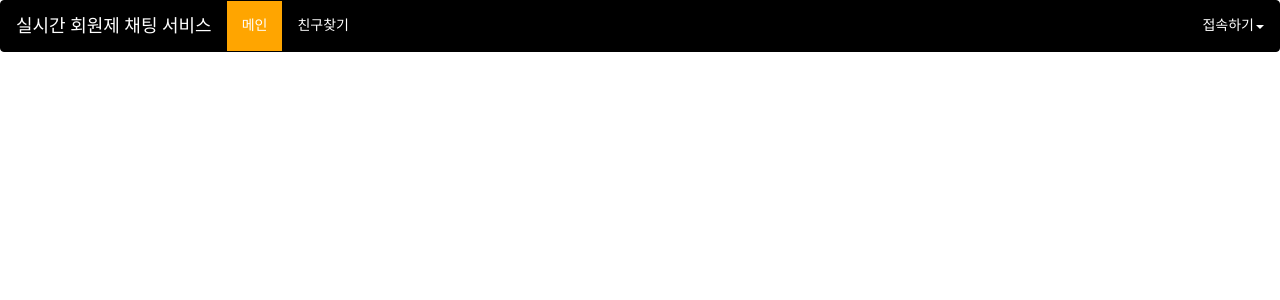
Repository: kkoseunghyun/javaAjaxChat
Page: http://localhost/UserChat/update.jsp
An editor plug-in stored every save of this project. The page is shown before and after the next save, followed by the edit.
The browser window is 1280 px wide. The pictures show the whole page.
Some web fonts or font styles are not loaded; a fallback is used. Some web libraries are served in a nearby version. The page is served by Tomcat 9. Other server files are loaded and not shown.

Above is the page before, as saved 2019-05-15 08:19:40.

### JspAjax/UserChat/WebContent/update.jsp
<%@ page language="java" contentType="text/html; charset=UTF-8" pageEncoding="UTF-8"%>
<!DOCTYPE html>
<html>
<head>
	<meta charset="UTF-8">
	<meta name="viewport" content="width=device-width, initial-scale=1">
	<link rel="stylesheet" type="text/css" href="css/bootstrap.css">
	<link rel="stylesheet" type="text/css" href="css/custom.css">
	<link rel="stylesheet" type="text/css" href="css/custom2.css">
	<title>JSP Ajax 실시간 회원제 채팅 서비스</title>
	<script src="https://code.jquery.com/jquery-3.1.1.min.js"></script>
	<script src="js/bootstrap.js"></script>
</head>
<body>
	<%
		String userID = null;
		if(session.getAttribute("userID") != null){
			userID = (String) session.getAttribute("userID");
		}
	%>
	<nav class="navbar navbar-default">
		<div class="navbar-header">
			<button type="button" class="navbar-toggle collapsed"
				data-toggle="collapse" data-target="#bs-example-navbar-collapse-1"
				aria-expanded="false">
				<span class="icon-bar"></span>
				<span class="icon-bar"></span>
				<span class="icon-bar"></span>
			</button>
			<a class="navbar-brand" href="main.jsp">실시간 회원제 채팅 서비스</a>
		</div>
		<div class="collapse navbar-collapse" id="bs-example-navbar-collapse-1">
			<ul class="nav navbar-nav">
				<li class="active"><a href="main.jsp">메인</a></li>
				<li><a href="find.jsp">친구찾기</a></li>
			</ul>
			<%
				if(userID == null){ // 로그인이 안된사람들에 한해 보여지는 네비게이션 바
			%>
			<ul class="nav navbar-nav navbar-right">
				<li class="dropdown">
					<a href="#" class="dropdown-toggle"
						data-toggle="dropdown" role="button" aria-haspopup="true"
						aria-expanded="false">접속하기<span class="caret"></span></a>
					<ul class="dropdown-menu">
						<li class="active"><a href="login.jsp">로그인</a></li>
						<li><a href="join.jsp">회원가입</a></li>
					</ul>
				</li>
			</ul>
			<%
				} else {
			%>
			<ul class="nav navbar-nav navbar-right">
				<li class="dropdown">
					<a href="#" class="dropdown-toggle"
						data-toggle="dropdown" role="button" aria-haspopup="true"
						aria-expanded="false">회원관리<span class="caret"></span></a>
					<ul class="dropdown-menu">
						<li><a href="logoutAction.jsp">로그아웃</a></li>
					</ul>
				</li>
			</ul>
			<%
				}
			%>
		</div>
	</nav>

	<%
		/*
			ex)
			UserRegisterServlet.java, UserLoginServlet에서 session.setAttribute로 정의한
			messageContent,messageType 을 session.getAttribute를 통해 가져와서, 색깔셋팅 등 messageModal 설정부분
		*/
		String messageContent = null;
		if (session.getAttribute("messageContent") != null) {
			messageContent = (String) session.getAttribute("messageContent");
		}
		String messageType = null;
		if (session.getAttribute("messageType") != null) {
			messageType = (String) session.getAttribute("messageType");
		}
		if (messageContent != null) {
	%>
	<!--  messageModal -->
	<div class="modal fade" id="messageModal" tabindex="-1" role="dialog" aria-hidden="true">
		<div class="vertical-alignment-helper">
			<div class="modal-dialog vertical-align-center">
				<div class="modal-content <% if(messageType.equals("오류 메세지")) out.println("panel-warning"); else out.println("panel-success");%> ">
					<div class="modal-header panel-heading">
						<button type="button" class="close" data-dismiss="modal">
							<span aria-hidden="true">&times</span>		<!-- x버튼 -->
							<span class="sr-only">Close</span>
						</button>
						<h4 class="modal-title">
							<%= messageType %>
						</h4>
					</div>
					<div class="modal-body">
						<%= messageContent %>
					</div>
					<div class="modal-footer">
						<button type="button" class="btn btn-primary" data-dismiss="modal">확인</button>
					</div>
				</div>
			</div>
		</div>
	</div>
	<script>
		$('#messageModal').modal("show");
	</script>
	<%
		session.removeAttribute("messageContent");
		session.removeAttribute("messageType");
		}
	%>
</body>
</html>

### JspAjax/UserChat/WebContent/css/custom.css
@import url(http://fonts.googleapis.com/earlyaccess/nanumgothic.css);
@import url(http://fonts.googleapis.com/earlyaccess/hanna.css);
@import url(http://fonts.googleapis.com/earlyaccess/notosanskr.css);
* {
	font-family: 'Nanum Gothic';
}
h5 {
	font-family: 'Noto Sans KR';
	font-size: 15px;
}
h4 {
	font-family: 'Noto Sans KR';
}
h3 {
	font-family: 'Hanna';
}
h2 {
	font-family: 'Hanna';
}
h1 {
	font-family: 'Hanna';
}

/* 테이블 관련 디자인 처리 */
thead th {
	background-color: #2d1f1f;
	color: white;
	text-align: center;
}
tr td:first-child,
tr th:first-child {
	border-top-left-radius: 6px;
	border-bottom-left-radius: 6px;
}
tr td:last-child,
tr th:last-child {
	border-top-right-radius: 6px;
	border-bottom-right-radius: 6px;
}

/* 모달 팝업창 관련 디자인 처리 */
.vertical-alignment-helper {
	display: table;
	height: 100%;
	width: 100%;
	pointer-events: none;
}
.vertical-alignment-center {
	display: table-cell;
	vertical-align: middle;
	pointer-events: none;
}
.modal-content {
	width: inherit;
	height: inherit;
	margin: 0 auto;
	pointer-events: all;
}

/* 채팅창 디자인 처리 */
.portlet {
    margin-bottom: 15px;
}
.btn-white {
    border-color: #cccccc;
    color: #333333;
    background-color: #ffffff;
}
.portlet {
    border: 1px solid;
}
.portlet .portlet-heading {
    padding: 0 15px;
}
.portlet .portlet-heading h4 {
    padding: 1px 0;
    font-size: 16px;
}
.portlet .portlet-heading a {
    color: #fff;
}
.portlet .portlet-heading a:hover,
.portlet .portlet-heading a:active,
.portlet .portlet-heading a:focus {
    outline: none;
}
.portlet .portlet-widgets .dropdown-menu a {
    color: #333;
}
.portlet .portlet-widgets ul.dropdown-menu {
    min-width: 0;
}
.portlet .portlet-heading .portlet-title {
    float: left;
}
.portlet .portlet-heading .portlet-title h4 {
    margin: 10px 0;
}
.portlet .portlet-heading .portlet-widgets {
    float: right;
    margin: 8px 0;
}
.portlet .portlet-heading .portlet-widgets .tabbed-portlets {
    display: inline;
}
.portlet .portlet-heading .portlet-widgets .divider {
    margin: 0 5px;
}
.portlet .portlet-body {
    padding: 15px;
    background: #fff;
}
.portlet .portlet-footer {
    padding: 10px 15px;
    background: #e0e7e8;
}
.portlet .portlet-footer ul {
    margin: 0;
}
.portlet-green,
.portlet-green>.portlet-heading {
    border-color: #16a085;
}
.portlet-green>.portlet-heading {
    color: #fff;
    background-color: #16a085;
}
.portlet-orange,
.portlet-orange>.portlet-heading {
    border-color: #f39c12;
}
.portlet-orange>.portlet-heading {
    color: #fff;
    background-color: #f39c12;
}
.portlet-blue,
.portlet-blue>.portlet-heading {
    border-color: #2980b9;
}
.portlet-blue>.portlet-heading {
    color: #fff;
    background-color: #2980b9;
}
.portlet-red,
.portlet-red>.portlet-heading {
    border-color: #e74c3c;
}
.portlet-red>.portlet-heading {
    color: #fff;
    background-color: #e74c3c;
}
.portlet-purple,
.portlet-purple>.portlet-heading {
    border-color: #8e44ad;
}
.portlet-purple>.portlet-heading {
    color: #fff;
    background-color: #8e44ad;
}
.portlet-default,
.portlet-dark-blue,
.portlet-default>.portlet-heading,
.portlet-dark-blue>.portlet-heading {
    border-color: #34495e;
}
.portlet-default>.portlet-heading,
.portlet-dark-blue>.portlet-heading {
    color: #fff;
    background-color: #34495e;
}
.portlet-basic,
.portlet-basic>.portlet-heading {
    border-color: #333;
}
.portlet-basic>.portlet-heading {
    border-bottom: 1px solid #333;
    color: #333;
    background-color: #fff;
}
@media(min-width:768px) { /* 반응형 */
    .portlet {
        margin-bottom: 30px;
    }
}
.img-chat{
width:40px;
height:40px;
}
.text-green {
    color: #16a085;
}
.text-orange {
    color: #f39c12;
}
.text-red {
    color: #e74c3c;
}

### JspAjax/UserChat/WebContent/css/custom2.css
@import url(http://font.googleapis.com/earlyaccess/nanumgothic.css);
/* 전체 영역 지정 */
* {
    font-family: 'Nanum Gothic';
}
/* 전체 링크 영역 지정 */
a {
    color: #000000;
    text-decoration: none;
}
a:hover{
    color: #bbbbbb;
    text-decoration:none;
    cursor: pointer;
}

/* 네비게이션 영역 */
.navbar-default{    /* 배경 색상*/
    background-color: #000000;
    border-color: #000000;
}
.navbar-default .navbar-brand{ /* 내비게이션 제목 생상 */
    color: #ffffff;
}
.navbar-default .navbar-brand:hover,
.navbar-default .navbar-brand:focus{ /*내비게이션 제목에 마우스를 올렸을 때 */
    background-color: transparent;
    color: #bbbbbb;
}
.navbar-default .navbar-nav > .active > a,
.navbar-default .navbar-nav > .active > a:hover,
.navbar-default .navbar-nav > .active > a:focus{/* 현재 선택된 내비게이션 색상 이벤트 */
    color: white;
    background-color: orange;
}
.navbar-default .navbar-nav > li > a:hover,
.navbar-default .navbar-nav > li > a:focus { /*내비게이션의 글자에 마우스를 올렸을 때 */
    color: #bbbbbb;
}
.navbar-default .navbar-nav > .open > a,
.navbar-default .navbar-nav > .open > a:hover,
.navbar-default .navbar-nav > .open > a:focus{ /* .open 드랍다운이 열렸을 때 마우스 색상 이벤트  */
    color: black;
    background-color: #ffffff;
    text-decoration: none;
}
.navbar-default .navbar-nav > li > a { /*내비게이션 기본 글자 색상 */
    color: white;
}
/* 미디어 쿼리 */
@media (max-width: 767px) { /* (해상도가 작아졌을때) 드랍다운 아이템에 마우스를 올렸을 때 */
    .navbar-default .navbar-nav .open .dropdown-menu > li > a {
        color: #ffffff;
    }
    .navbar-default .navbar-nav .open .dropdown-menu > li > a:hover,
    .navbar-default .navbar-nav .open .dropdown-menu > li > a:focus {
        color: #bbbbbb;
    }
}

Loaded but not shown: JspAjax/UserChat/WebContent/css/bootstrap.css (library); JspAjax/UserChat/WebContent/js/bootstrap.js (library)

After the next save:
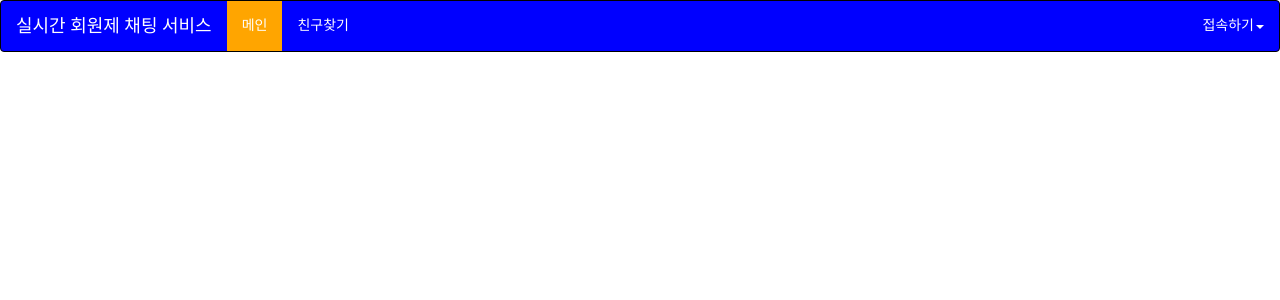
Saved 36 s later.
--- a/JspAjax/UserChat/WebContent/css/custom2.css
+++ b/JspAjax/UserChat/WebContent/css/custom2.css
@@ -16,7 +16,7 @@ a:hover{
 
 /* 네비게이션 영역 */
 .navbar-default{    /* 배경 색상*/
-    background-color: #000000;
+    background-color: blue;
     border-color: #000000;
 }
 .navbar-default .navbar-brand{ /* 내비게이션 제목 생상 */
